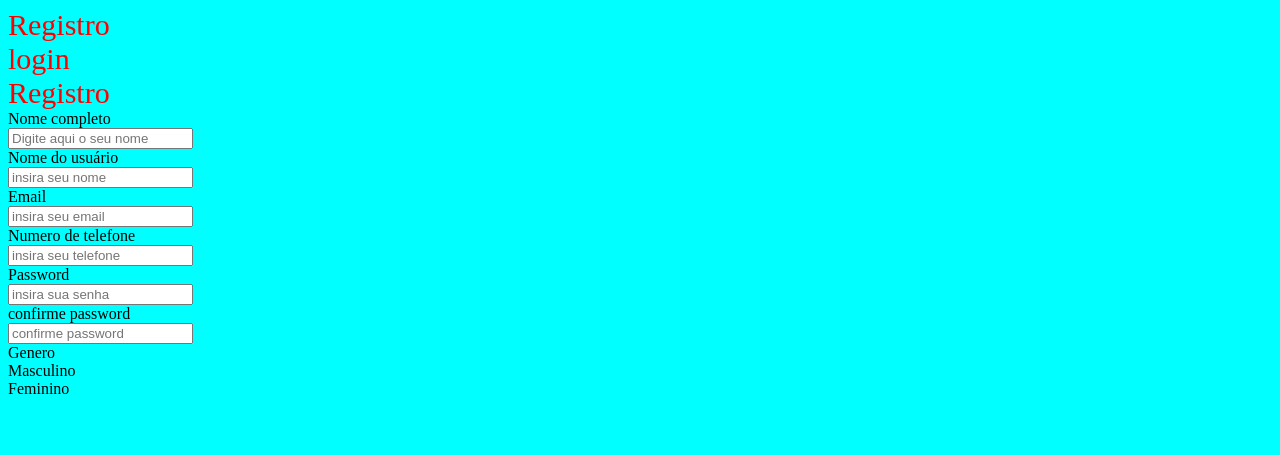
Repository: Vilmar-Freire/ESTUDOS-01-vilmar
Page: workspaces/prof-matheus battisti/matheus.html
An editor plug-in stored every save of this project. The page is shown before and after the next save, followed by the edit.
The browser window is 1280 px wide. The pictures show the whole page.

Above is the page before, as saved 2026-09-02 15:31:53.

### workspaces/prof-matheus battisti/matheus.html
<!DOCTYPE html>
<html lang="pt-BR">
<head>
    <meta charset="UTF-8">
    <meta name="keywords" content="Programacao, html, css, JavaScript">
    <meta name="Language" content="pt-BR">
    <meta name="Description" content="Formulario">
    <meta name="author" content="Vilmar Freire">
    <meta name="viewport" content="width=device-width, initial-scale=1.0">
    <link rel="stylesheet" href="./matheus.css">
    <title>Formulário</title>
</head>
<body>
  <div class="container">
    <div class="title">Registro</div>
    <form action="#"></form>
    </div>

    <div class="title">login</div>
    <form action="#"


<hr size="6" color="black">


  <div class="container">
    <div class="title">Registro</div>
    <form action="#">

      <div class="user-details">
        <div class="input-box">
          <span class="details">Nome completo</span>
          <input type="text" placeholder="Digite aqui o seu nome" required>
        </div>
      </div>

      <div class="input-box">
        <span class="details">Nome do usuário</span>
        <input type="text" placeholder="insira seu nome" required>
      </div>

      <div class="input-box">
        <span class="details">Email</span>
        <input type="text" placeholder="insira seu email" required>
      </div>
      </div>

      <div class="input-box">
        <span class="details">Numero de telefone</span>
        <input type="text" placeholder="insira seu telefone" required>
      </div>

      <div class="input-box">
        <span class="details">Password</span>
        <input type="text" placeholder="insira sua senha" required>
      </div>

      <div class="input-box">
        <span class=details">confirme password</span>
        <input type="text"placeholder="confirme password" required>
      </div>

      <div class="gender-details">
        <span class="gender-title">Genero</span>
        <div class="category">
          <label for="">
            <span class="masculino"></span>
            <span class="gender">Masculino</span>
          </label>

          <label for="">
            <span class="feminino"></span>
            <span class="gender">Feminino</span>
          </label>
        </div>
      </div>
    </form>
  </div>
</body>
</html>

### workspaces/prof-matheus battisti/matheus.css
body{
    background-color: aqua;
}

span{
    display: block;

}

.title{
    color: red;
    font-size: 30px;
    text-align: left;
}

After the next save:
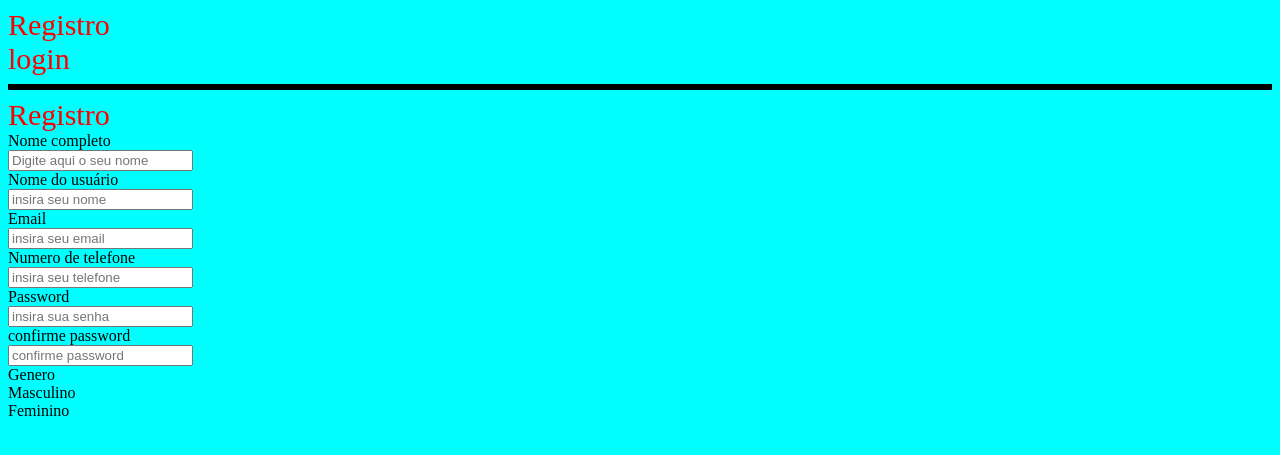
Saved 5 s later.
--- a/workspaces/prof-matheus battisti/matheus.html
+++ b/workspaces/prof-matheus battisti/matheus.html
@@ -17,7 +17,7 @@
     </div>
 
     <div class="title">login</div>
-    <form action="#"
+    <form action="#"></form>
 
 
 <hr size="6" color="black">
